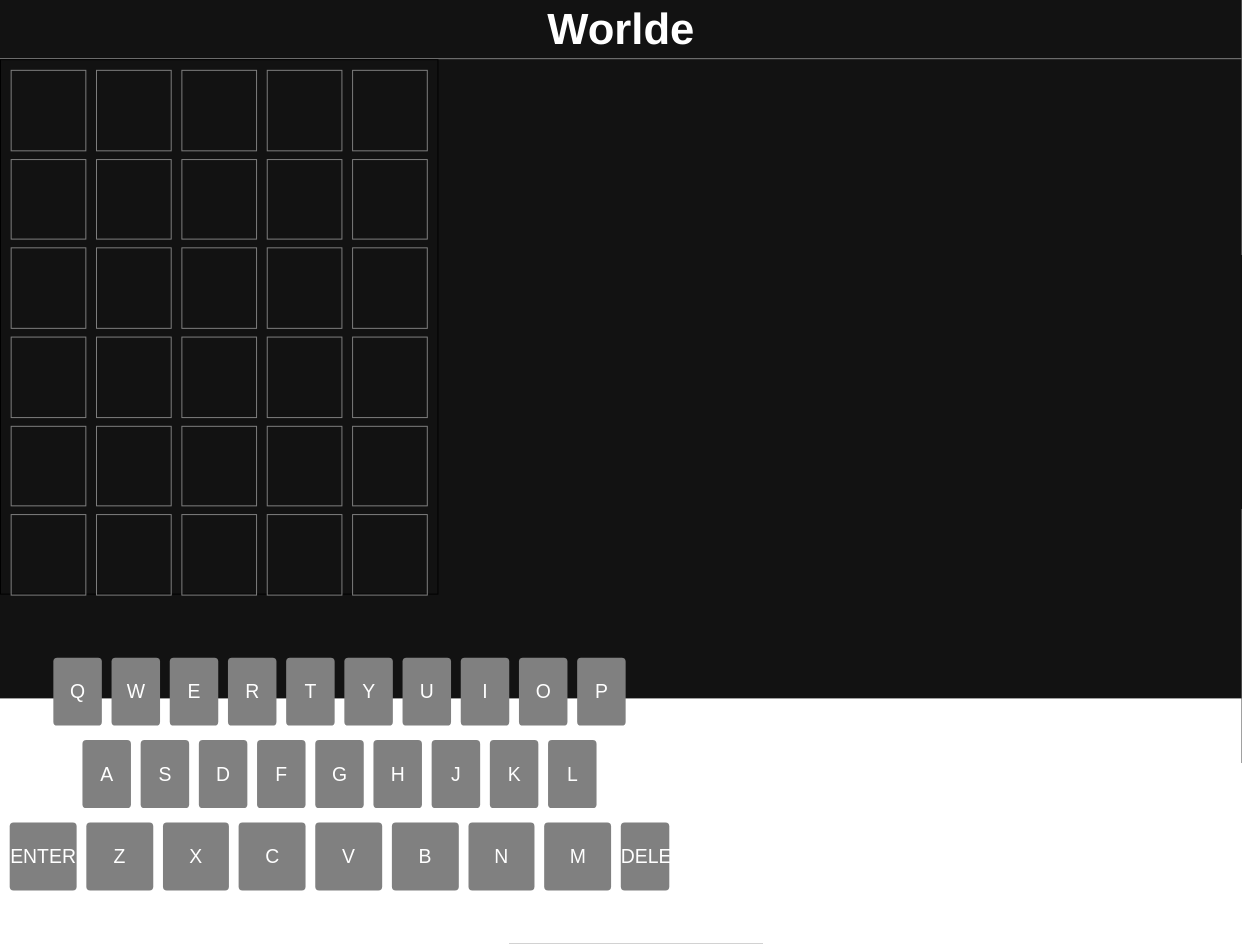
Repository: azizdeghais/Wordle
Page: /
The author's editor kept a copy of each file at every save. The page is drawn from the files as they stood at one save, then again after a run of saves.
The browser window is 1280 px wide. The pictures show the whole page, at 97% of full size.
The project was rebuilt for these pictures with package versions that can differ from the ones it lists, and the page was loaded fresh each time.

Above is the page before, as saved 2022-11-30 10:10:33.

### src/App.js
import './App.css';
import Board from './Components/Board';
import Keyboard from './Components/Keyboard';
import {createContext,useState } from 'react'
import {boardDefault} from  "./Words"

export const AppContext = createContext();

function App() {
  const [board,setBoard]=useState(boardDefault);

  return (
    <div className="App">
     <nav><h1>Worlde</h1></nav>
     <AppContext.Provider value={{board,setBoard}}>
     <Board />
     <Keyboard />
     </AppContext.Provider>
    </div>
  );
}

export default App;

### src/Components/Board.js
import React,{useState} from 'react'
import { boardDefault } from '../Words'
import Letter  from './Letter';

function Board() {


  return (
    <div className='board'>
        <div className='row'>
          <Letter letterPos={0} attemptVal={0}></Letter>
          <Letter letterPos={1} attemptVal={0}></Letter>
          <Letter letterPos={2} attemptVal={0}></Letter>
          <Letter letterPos={3} attemptVal={0}></Letter>
          <Letter letterPos={4} attemptVal={0}></Letter>
          </div>
        <div className='row'>
          <Letter letterPos={0} attemptVal={1}></Letter>
          <Letter letterPos={1} attemptVal={1}></Letter>
          <Letter letterPos={2} attemptVal={1}></Letter>
          <Letter letterPos={3} attemptVal={1}></Letter>
          <Letter letterPos={4} attemptVal={1}></Letter>
          </div>
        <div className='row'>
          <Letter letterPos={0} attemptVal={2}></Letter>
          <Letter letterPos={1} attemptVal={2}></Letter>
          <Letter letterPos={2} attemptVal={2}></Letter>
          <Letter letterPos={3} attemptVal={2}></Letter>
          <Letter letterPos={4} attemptVal={2}></Letter>
          </div>
        <div className='row'>
          <Letter letterPos={0} attemptVal={3}></Letter>
          <Letter letterPos={1} attemptVal={3}></Letter>
          <Letter letterPos={2} attemptVal={3}></Letter>
          <Letter letterPos={3} attemptVal={3}></Letter>
          <Letter letterPos={4} attemptVal={3}></Letter>
          </div>
        <div className='row'>
          <Letter letterPos={0} attemptVal={4}></Letter>
          <Letter letterPos={1} attemptVal={4}></Letter>
          <Letter letterPos={2} attemptVal={4}></Letter>
          <Letter letterPos={3} attemptVal={4}></Letter>
          <Letter letterPos={4} attemptVal={4}></Letter>
          </div>
        <div className='row'>
          <Letter letterPos={0} attemptVal={5}></Letter>
          <Letter letterPos={1} attemptVal={5}></Letter>
          <Letter letterPos={2} attemptVal={5}></Letter>
          <Letter letterPos={3} attemptVal={5}></Letter>
          <Letter letterPos={4} attemptVal={5}></Letter>
          </div>
    </div>
  )
}

export default Board

### src/Components/Keyboard.js
import React from "react";
import Key from "./Key";

function Keyboard() {
  const keys1 = ["Q", "W", "E", "R", "T", "Y", "U", "I", "O", "P"];
  const keys2 = ["A", "S", "D", "F", "G", "H", "J", "K", "L"];
  const keys3 = ["Z", "X", "C", "V", "B", "N", "M"];

  return (
    <div className="keyboard">
      <div className="line1">
        {keys1.map((key) => {
          return <Key keyVal={key} />;
        })}
      </div>
      <div className="line2">
        {keys2.map((key) => {
          return <Key keyVal={key}/>;
        })}
      </div>
      <div className="line3">
        <Key keyVal={"ENTER"} bigKey/>
        {keys3.map((key) => {
          return <Key keyVal={key} bigKey />;
        })}
        <Key keyVal={"DELETE"}/>
      </div>
    </div>
  );
}

export default Keyboard;

### src/Words.js
export const boardDefault = [
    ["", "", "", "", ""],
    ["", "", "", "", ""],
    ["", "", "", "", ""],
    ["", "", "", "", ""],
    ["", "", "", "", ""],
    ["", "", "", "", ""],
  ];

### src/Components/Letter.js
import React,{useContext} from 'react'
import App, {AppContext} from '../App'

function Letter({letterPos,attemptVal}) {
  const {board}=useContext(AppContext);
  const letter = board[attemptVal][letterPos]
  return (
    <div className='letter'>{letter}</div>
  )
}

export default Letter

### src/Components/Key.js
import React from 'react'

function Key({keyVal,bigKey}) {
  return (
    <div className='key' id={bigKey && 'big' }>{keyVal}</div>
  )
}

export default Key

Loaded but not shown: public/index.html (common file); src/index.js (common file); src/reportWebVitals.js (common file); src/App.css (common file)

After the next 2 saves:
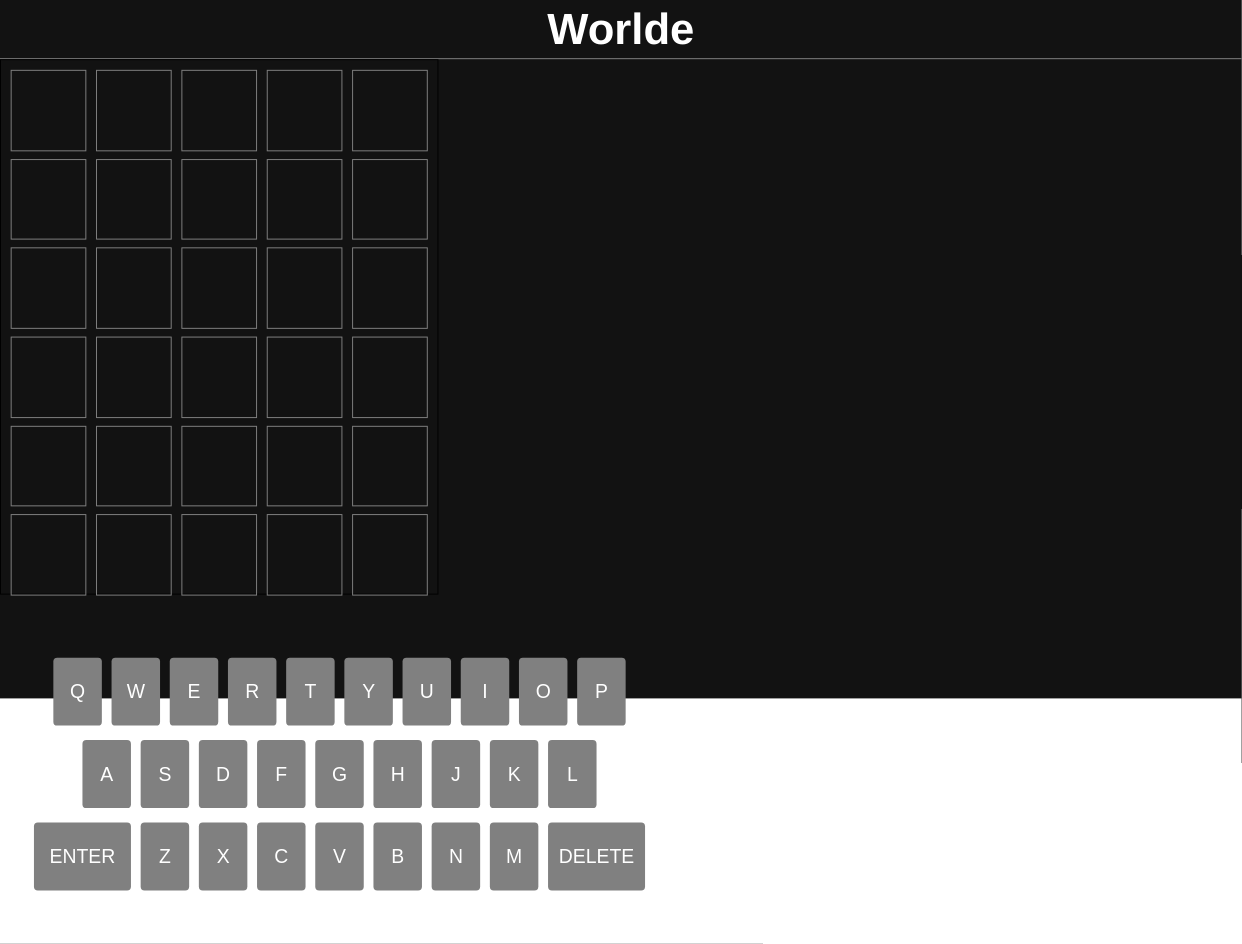
The 2 saves are shown as one change because 1 did not build or start.
The last was saved 39 s later.
--- a/src/Components/Keyboard.js
+++ b/src/Components/Keyboard.js
@@ -21,9 +21,9 @@
       <div className="line3">
         <Key keyVal={"ENTER"} bigKey/>
         {keys3.map((key) => {
-          return <Key keyVal={key} bigKey />;
+          return <Key keyVal={key} />;
         })}
-        <Key keyVal={"DELETE"}/>
+        <Key keyVal={"DELETE"} bigKey />
       </div>
     </div>
   );
